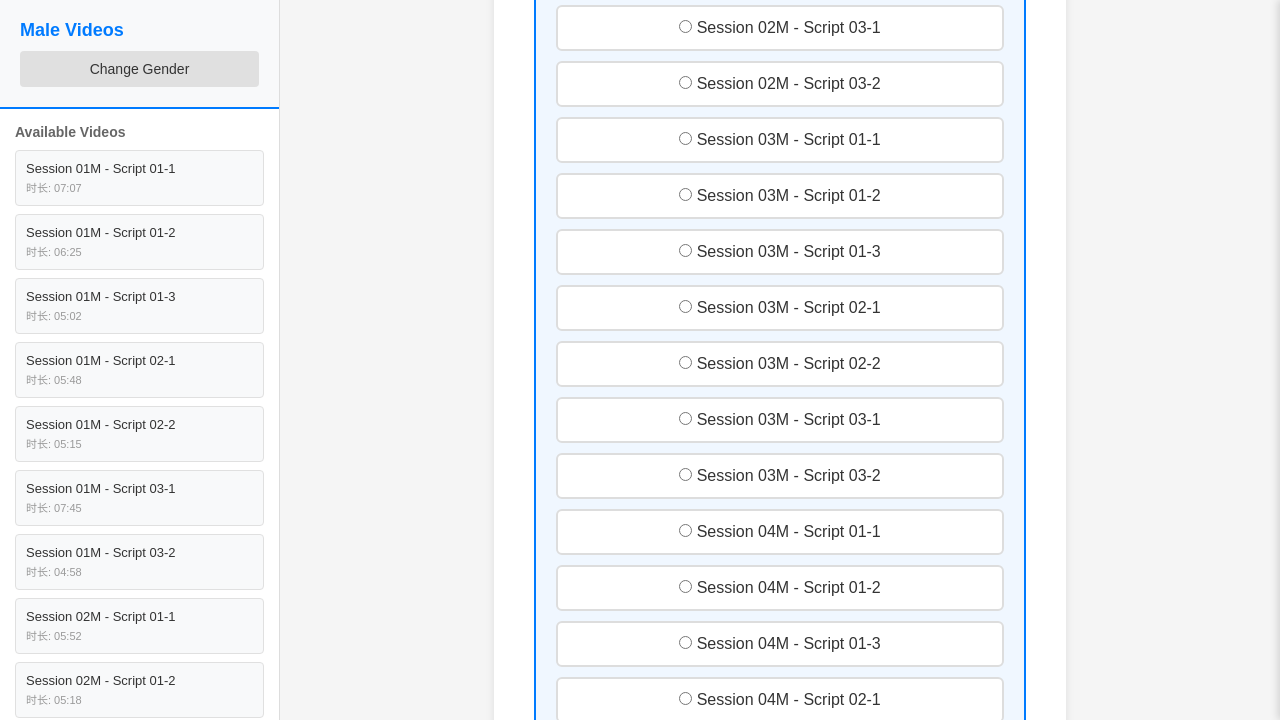
Repository: Matsuyou-Wang/MPES-system
Page: annotation.html
The author's editor kept a copy of each file at every save. The page is drawn from the files as they stood at one save, then again after the next save.
The browser window is 1280 px wide. The pictures show the whole page.
An inner scrolling area shows only its first screen.

Above is the page before, as saved 2025-11-25 12:43:42.

### annotation.html
<!DOCTYPE html>
<html lang="en">
<head>
    <meta charset="UTF-8">
    <meta name="viewport" content="width=device-width, initial-scale=1.0">
    <title>Annotation System - Video Rating</title>
    <link rel="stylesheet" href="styles.css">
</head>
<body>
    <div class="container">
        <!-- Sidebar: Video Library -->
        <aside class="sidebar">
            <div class="sidebar-header">
                <h2 id="genderTitle">Video Library</h2>
                <button id="changeGenderBtn" class="btn btn-secondary" style="margin-top: 10px; width: 100%;">Change Gender</button>
            </div>
            <div class="video-library">
                <h3>Available Videos</h3>
                <ul id="videoList" class="video-list">
                    <!-- Videos loaded dynamically -->
                </ul>
            </div>
        </aside>

        <!-- Main Content Area -->
        <main class="main-content">
            <!-- Initial Selection View -->
            <div id="selectionView" class="view active">
                <div class="welcome-box">
                    <h1>Video Annotation System</h1>
                    <p>Please select a video from the library on the left to start annotating</p>

                    <div class="video-selection-panel">
                        <h3>Quick Select Video</h3>
                        <div id="quickVideoList" class="quick-video-list">
                            <!-- Videos loaded dynamically here -->
                        </div>
                        <button id="startBtn" class="btn btn-primary" disabled>Start Annotation</button>
                    </div>

                    <div class="info-box">
                        <h3>Annotation Instructions</h3>
                        <ul>
                            <li>The video will pause automatically at key points</li>
                            <li>You will need to fill out a rating form for each segment</li>
                            <li>Rate empathy on 9 dimensions using a 7-point scale</li>
                            <li>After completion, you can continue playing or modify previous ratings</li>
                        </ul>
                    </div>
                </div>
            </div>

            <!-- Video Playing and Annotation View -->
            <div id="annotationView" class="view">
                <!-- Left: Video List Panel -->
                <div class="annotation-left-panel">
                    <h3>Video List</h3>
                    <ul id="annotationVideoList" class="annotation-video-list">
                        <!-- Videos loaded dynamically -->
                    </ul>
                </div>

                <!-- Center: Video Player -->
                <div class="annotation-center-panel">
                    <div class="video-player-container">
                        <video id="videoPlayer" class="video-player">
                            <source src="" type="video/mp4">
                            Your browser does not support video playback
                        </video>
                        <div class="video-controls">
                            <button id="playBtn" class="control-btn">Play</button>
                            <button id="pauseBtn" class="control-btn">Pause</button>
                            <span id="currentTime" class="time-display">00:00</span>
                            <span class="time-separator">/</span>
                            <span id="duration" class="time-display">00:00</span>
                            <div class="progress-bar">
                                <div id="progress" class="progress-fill"></div>
                            </div>
                        </div>
                    </div>
                </div>

                <!-- Right: Annotation History Panel -->
                <div class="annotation-right-panel">
                    <h3>Annotation Progress</h3>
                    <div id="historyList" class="history-list">
                        <!-- Annotation records added dynamically -->
                    </div>
                </div>
            </div>
        </main>
    </div>

    <!-- Annotation Questionnaire Modal -->
    <div id="annotationModal" class="modal">
        <div class="modal-content">
            <div class="modal-header">
                <h2>Annotation Form</h2>
                <span class="close-btn">&times;</span>
            </div>

            <div class="modal-body">
                <div class="timestamp-info">
                    <p>Video time: <span id="modalTimestamp">00:00</span></p>
                </div>

                <!-- Empathy Assessment Section -->
                <div class="scale-section">
                    <p class="section-description">Please rate the second speaker on each dimension below on a scale from 1 (Not at all) to 7 (Extensively).</p>

                    <!-- Question 1: Concern -->
                    <div class="empathy-question">
                        <h4>1. Concern</h4>
                        <p>The second speaker shows genuine concern and interest in the first speaker's situation and well-being.</p>
                        <div class="likert-scale">
                            <label><input type="radio" name="concern" value="1"> 1 - Not at all</label>
                            <label><input type="radio" name="concern" value="2"> 2 - A little</label>
                            <label><input type="radio" name="concern" value="3"> 3 - Infrequently</label>
                            <label><input type="radio" name="concern" value="4"> 4 - Somewhat</label>
                            <label><input type="radio" name="concern" value="5"> 5 - Quite a bit</label>
                            <label><input type="radio" name="concern" value="6"> 6 - Considerably</label>
                            <label><input type="radio" name="concern" value="7"> 7 - Extensively</label>
                        </div>
                    </div>

                    <!-- Question 2: Expressiveness -->
                    <div class="empathy-question">
                        <h4>2. Expressiveness</h4>
                        <p>The second speaker uses vocal tone, energy, and pacing that fit the first speaker's emotional state.</p>
                        <div class="likert-scale">
                            <label><input type="radio" name="expressiveness" value="1"> 1 - Not at all</label>
                            <label><input type="radio" name="expressiveness" value="2"> 2 - A little</label>
                            <label><input type="radio" name="expressiveness" value="3"> 3 - Infrequently</label>
                            <label><input type="radio" name="expressiveness" value="4"> 4 - Somewhat</label>
                            <label><input type="radio" name="expressiveness" value="5"> 5 - Quite a bit</label>
                            <label><input type="radio" name="expressiveness" value="6"> 6 - Considerably</label>
                            <label><input type="radio" name="expressiveness" value="7"> 7 - Extensively</label>
                        </div>
                    </div>

                    <!-- Question 3: Emotional Resonance -->
                    <div class="empathy-question">
                        <h4>3. Emotional Resonance</h4>
                        <p>The second speaker sensitively reflects the intensity of the first speaker's emotions.</p>
                        <div class="likert-scale">
                            <label><input type="radio" name="emotional_resonance" value="1"> 1 - Not at all</label>
                            <label><input type="radio" name="emotional_resonance" value="2"> 2 - A little</label>
                            <label><input type="radio" name="emotional_resonance" value="3"> 3 - Infrequently</label>
                            <label><input type="radio" name="emotional_resonance" value="4"> 4 - Somewhat</label>
                            <label><input type="radio" name="emotional_resonance" value="5"> 5 - Quite a bit</label>
                            <label><input type="radio" name="emotional_resonance" value="6"> 6 - Considerably</label>
                            <label><input type="radio" name="emotional_resonance" value="7"> 7 - Extensively</label>
                        </div>
                    </div>

                    <!-- Question 4: Warmth -->
                    <div class="empathy-question">
                        <h4>4. Warmth</h4>
                        <p>The second speaker speaks in a warm, sincere, and supportive manner toward the first speaker.</p>
                        <div class="likert-scale">
                            <label><input type="radio" name="warmth" value="1"> 1 - Not at all</label>
                            <label><input type="radio" name="warmth" value="2"> 2 - A little</label>
                            <label><input type="radio" name="warmth" value="3"> 3 - Infrequently</label>
                            <label><input type="radio" name="warmth" value="4"> 4 - Somewhat</label>
                            <label><input type="radio" name="warmth" value="5"> 5 - Quite a bit</label>
                            <label><input type="radio" name="warmth" value="6"> 6 - Considerably</label>
                            <label><input type="radio" name="warmth" value="7"> 7 - Extensively</label>
                        </div>
                    </div>

                    <!-- Question 5: Attunement -->
                    <div class="empathy-question">
                        <h4>5. Attunement</h4>
                        <p>The second speaker notices and responds to subtle changes in the first speaker's mood, meaning, or emotional cues.</p>
                        <div class="likert-scale">
                            <label><input type="radio" name="attunement" value="1"> 1 - Not at all</label>
                            <label><input type="radio" name="attunement" value="2"> 2 - A little</label>
                            <label><input type="radio" name="attunement" value="3"> 3 - Infrequently</label>
                            <label><input type="radio" name="attunement" value="4"> 4 - Somewhat</label>
                            <label><input type="radio" name="attunement" value="5"> 5 - Quite a bit</label>
                            <label><input type="radio" name="attunement" value="6"> 6 - Considerably</label>
                            <label><input type="radio" name="attunement" value="7"> 7 - Extensively</label>
                        </div>
                    </div>

                    <!-- Question 6: Cognitive Understanding -->
                    <div class="empathy-question">
                        <h4>6. Cognitive Understanding</h4>
                        <p>The second speaker accurately understands what the first speaker is thinking and restates it clearly and without distortion.</p>
                        <div class="likert-scale">
                            <label><input type="radio" name="cognitive_understanding" value="1"> 1 - Not at all</label>
                            <label><input type="radio" name="cognitive_understanding" value="2"> 2 - A little</label>
                            <label><input type="radio" name="cognitive_understanding" value="3"> 3 - Infrequently</label>
                            <label><input type="radio" name="cognitive_understanding" value="4"> 4 - Somewhat</label>
                            <label><input type="radio" name="cognitive_understanding" value="5"> 5 - Quite a bit</label>
                            <label><input type="radio" name="cognitive_understanding" value="6"> 6 - Considerably</label>
                            <label><input type="radio" name="cognitive_understanding" value="7"> 7 - Extensively</label>
                        </div>
                    </div>

                    <!-- Question 7: Understanding of Feelings -->
                    <div class="empathy-question">
                        <h4>7. Understanding of Feelings</h4>
                        <p>The second speaker demonstrates an accurate understanding of the first speaker's emotions and inner experiences.</p>
                        <div class="likert-scale">
                            <label><input type="radio" name="understanding_feelings" value="1"> 1 - Not at all</label>
                            <label><input type="radio" name="understanding_feelings" value="2"> 2 - A little</label>
                            <label><input type="radio" name="understanding_feelings" value="3"> 3 - Infrequently</label>
                            <label><input type="radio" name="understanding_feelings" value="4"> 4 - Somewhat</label>
                            <label><input type="radio" name="understanding_feelings" value="5"> 5 - Quite a bit</label>
                            <label><input type="radio" name="understanding_feelings" value="6"> 6 - Considerably</label>
                            <label><input type="radio" name="understanding_feelings" value="7"> 7 - Extensively</label>
                        </div>
                    </div>

                    <!-- Question 8: Acceptance -->
                    <div class="empathy-question">
                        <h4>8. Acceptance</h4>
                        <p>The second speaker validates the first speaker's emotions without judging, dismissing, or minimizing them.</p>
                        <div class="likert-scale">
                            <label><input type="radio" name="acceptance" value="1"> 1 - Not at all</label>
                            <label><input type="radio" name="acceptance" value="2"> 2 - A little</label>
                            <label><input type="radio" name="acceptance" value="3"> 3 - Infrequently</label>
                            <label><input type="radio" name="acceptance" value="4"> 4 - Somewhat</label>
                            <label><input type="radio" name="acceptance" value="5"> 5 - Quite a bit</label>
                            <label><input type="radio" name="acceptance" value="6"> 6 - Considerably</label>
                            <label><input type="radio" name="acceptance" value="7"> 7 - Extensively</label>
                        </div>
                    </div>

                    <!-- Question 9: Responsiveness -->
                    <div class="empathy-question">
                        <h4>9. Responsiveness</h4>
                        <p>The second speaker adapts replies in real time according to what the first speaker says, rather than pushing a fixed agenda.</p>
                        <div class="likert-scale">
                            <label><input type="radio" name="responsiveness" value="1"> 1 - Not at all</label>
                            <label><input type="radio" name="responsiveness" value="2"> 2 - A little</label>
                            <label><input type="radio" name="responsiveness" value="3"> 3 - Infrequently</label>
                            <label><input type="radio" name="responsiveness" value="4"> 4 - Somewhat</label>
                            <label><input type="radio" name="responsiveness" value="5"> 5 - Quite a bit</label>
                            <label><input type="radio" name="responsiveness" value="6"> 6 - Considerably</label>
                            <label><input type="radio" name="responsiveness" value="7"> 7 - Extensively</label>
                        </div>
                    </div>
                </div>
            </div>

            <div class="modal-footer">
                <button id="clearBtn" class="btn btn-secondary">Clear</button>
                <button id="confirmBtn" class="btn btn-primary">Confirm</button>
            </div>
        </div>
    </div>

    <!-- Edit Panel -->
    <div id="editPanel" class="edit-panel hidden">
        <div class="edit-panel-header">
            <h3>Edit Annotation</h3>
            <button class="close-edit-panel">&times;</button>
        </div>
        <div id="editList" class="edit-list">
            <!-- Edit items generated dynamically -->
        </div>
    </div>

    <script src="data/videos-extended.js"></script>
    <script src="data/annotation-config.js"></script>
    <script src="data/dialog-data.js"></script>
    <script src="js/data-manager.js"></script>
    <script src="js/app.js"></script>
    <script src="js/tester.js"></script>
    <script>
        // 性别选择功能
        function goBack() {
            window.location.href = 'gender-selection.html';
        }

        // 获取URL参数
        function getUrlParameter(name) {
            name = name.replace(/[\[]/, '\\[').replace(/[\]]/, '\\]');
            var regex = new RegExp('[\\?&]' + name + '=([^&#]*)');
            var results = regex.exec(location.search);
            return results === null ? '' : decodeURIComponent(results[1].replace(/\+/g, ' '));
        }

        // 根据性别加载视频
        window.addEventListener('DOMContentLoaded', function() {
            const selectedGender = getUrlParameter('gender') || localStorage.getItem('selectedGender') || 'male';

            if (typeof ALL_VIDEOS !== 'undefined') {
                // 更新标题
                const genderTitle = document.getElementById('genderTitle');
                if (genderTitle) {
                    genderTitle.textContent = selectedGender === 'male' ? 'Male Videos' : 'Female Videos';
                }

                // 根据性别加载对应的视频
                if (selectedGender === 'male' && ALL_VIDEOS.male) {
                    window.videos = ALL_VIDEOS.male;
                } else if (selectedGender === 'female' && ALL_VIDEOS.female) {
                    window.videos = ALL_VIDEOS.female;
                } else {
                    // 默认使用男性视频
                    window.videos = ALL_VIDEOS.male || [];
                }

                // 存储当前选择
                localStorage.setItem('selectedGender', selectedGender);
            }

            // 初始化注释系统
            try {
                console.log('正在初始化注释系统...');
                if (typeof AnnotationSystem !== 'undefined') {
                    window.annotationSystem = new AnnotationSystem();
                    console.log('注释系统初始化成功');
                } else {
                    console.error('AnnotationSystem 类未找到');
                }
            } catch (error) {
                console.error('初始化注释系统时出错:', error);
            }

            // 绑定Change Gender按钮事件
            const changeGenderBtn = document.getElementById('changeGenderBtn');
            if (changeGenderBtn) {
                changeGenderBtn.addEventListener('click', goBack);
                console.log('Change Gender 按钮事件已绑定');
            } else {
                console.error('找不到Change Gender按钮');
            }
        });
    </script>
</body>
</html>

Loaded but not shown: data/dialog-data.js (2618 lines, source omitted); data/videos-extended.js (111 lines, source omitted); js/app.js (472 lines, source omitted); js/tester.js (194 lines, source omitted); js/data-manager.js (174 lines, source omitted); data/annotation-config.js (50 lines, source omitted); styles.css (1113 lines, source omitted)

After the next save:
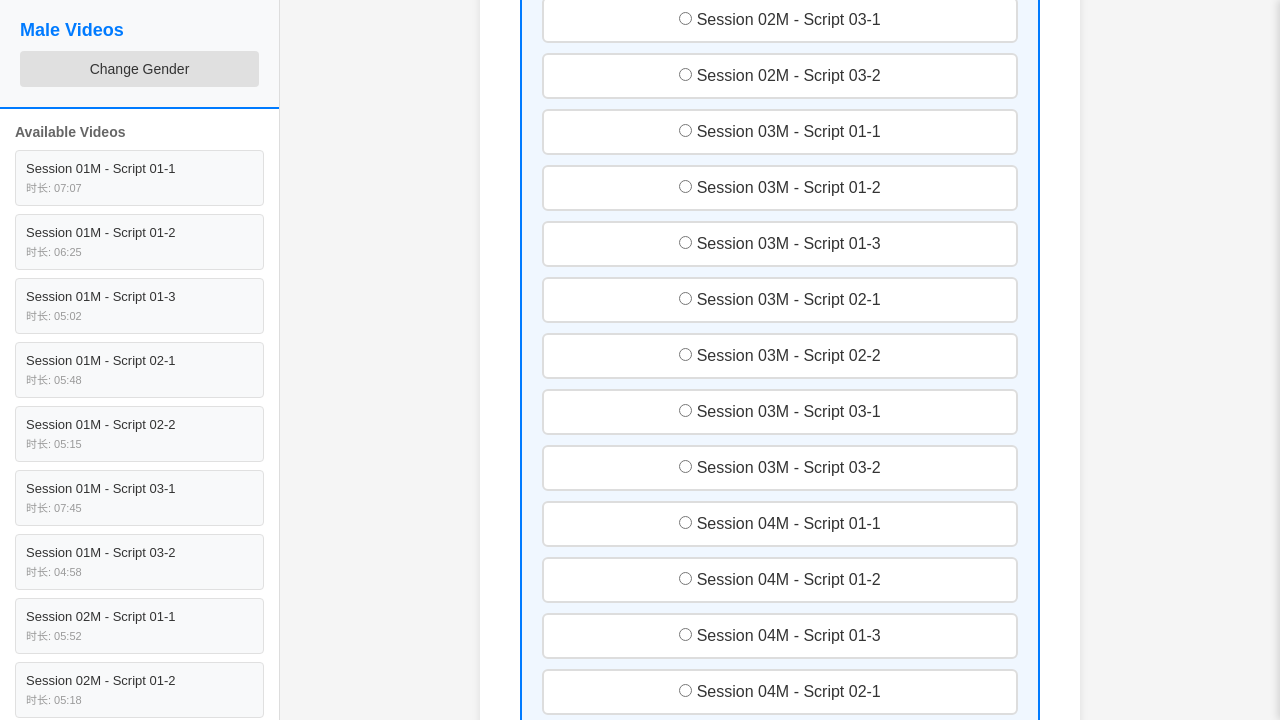
Saved 15 s later.
--- a/annotation.html
+++ b/annotation.html
@@ -43,7 +43,7 @@
                         <ul>
                             <li>The video will pause automatically at key points</li>
                             <li>You will need to fill out a rating form for each segment</li>
-                            <li>Rate empathy on 9 dimensions using a 7-point scale</li>
+                            <li>Rate the second speaker's empathy on 9 dimensions (1 = Not at all, 7 = Extensively)</li>
                             <li>After completion, you can continue playing or modify previous ratings</li>
                         </ul>
                     </div>
